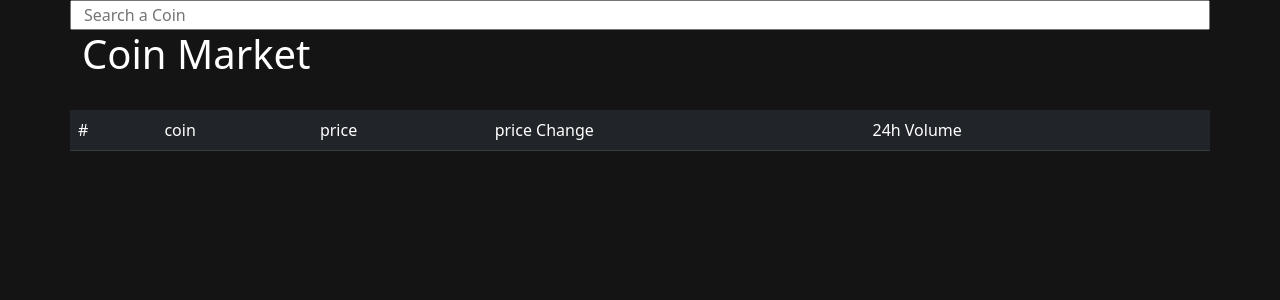
Repository: Ellisvelandia/react-coingecko-api
Page: /
These files come from the project's save history. The page is drawn as it stood at one moment and after the next save; the edit follows.
The browser window is 1280 px wide. The pictures show the whole page.
The page's requests for data from a server got no answer. The project was rebuilt for these pictures with package versions that can differ from the ones it lists, and the page was loaded fresh each time. No one was signed in, and anything a server would have sent is missing. Also part of the build but not shown: src/App.css, src/components/CoinRow.js.

Above is the page before, as saved 2022-09-11 23:49:24.

### public/index.html
<!DOCTYPE html>
<html lang="en">
  <head>
    <meta charset="utf-8" />
    <link rel="icon" href="%PUBLIC_URL%/favicon.ico" />
    <meta name="viewport" content="width=device-width, initial-scale=1" />
    <meta name="theme-color" content="#000000" />
    <meta
      name="description"
      content="Web site created using create-react-app"
    />
    <link rel="apple-touch-icon" href="%PUBLIC_URL%/logo192.png" />

    <link rel="manifest" href="%PUBLIC_URL%/manifest.json" />

    <title>Coin Market</title>
  </head>
  <body>
    <noscript>You need to enable JavaScript to run this app.</noscript>
    <div id="root"></div>

  </body>
</html>

### src/App.js
import { useEffect, useState } from "react";
import "./App.css";
import axios from "axios";
import TableCoins from "./components/TableCoins";

function App() {
  const [coins, setCoins] = useState([]);
  const [search, setSearch] = useState('');

  const getData = async () => {
    const res = await axios.get(
      "https://api.coingecko.com/api/v3/coins/markets?vs_currency=usd&order=market_cap_desc&per_page=100&page=1"
    );
    console.log(res.data);
    setCoins(res.data);
  };

  useEffect(() => {
    getData();
  }, []);

  return (
    <div className="container">
      <div className="row">
        <input type="text" placeholder="Search a Coin" className="form"/>
        <h1>Coin Market</h1>
        <TableCoins coins={coins} />
      </div>
    </div>
  );
}

export default App;

### src/index.css
body {
  background: #141414;
  color: #fff;
}

### src/components/TableCoins.js
import React from "react";
import CoinRow from "./CoinRow";

const titles = ["#", "coin", "price", "price Change", "24h Volume"];

const TableCoins = ({ coins }) => {
  return (
    <table className="table table-dark mt-4 table-hover">
      <thead>
        <tr>
          {titles.map((title) => (
            <td>{title}</td>
          ))}
        </tr>
      </thead>
      <tbody>
        {coins.map((coin, index) => (
          <CoinRow coin={coin} key={index} index={index + 1} />
        ))}
      </tbody>
    </table>
  );
};

export default TableCoins;

Loaded but not shown: src/index.js (common file)

After the next save:
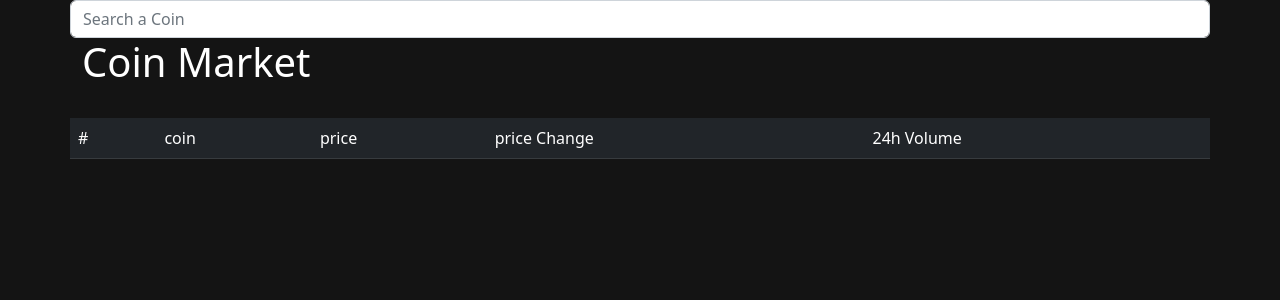
Saved 6 s later.
--- a/src/App.js
+++ b/src/App.js
@@ -22,7 +22,7 @@ function App() {
   return (
     <div className="container">
       <div className="row">
-        <input type="text" placeholder="Search a Coin" className="form"/>
+        <input type="text" placeholder="Search a Coin" className="form-control text-li"/>
         <h1>Coin Market</h1>
         <TableCoins coins={coins} />
       </div>
